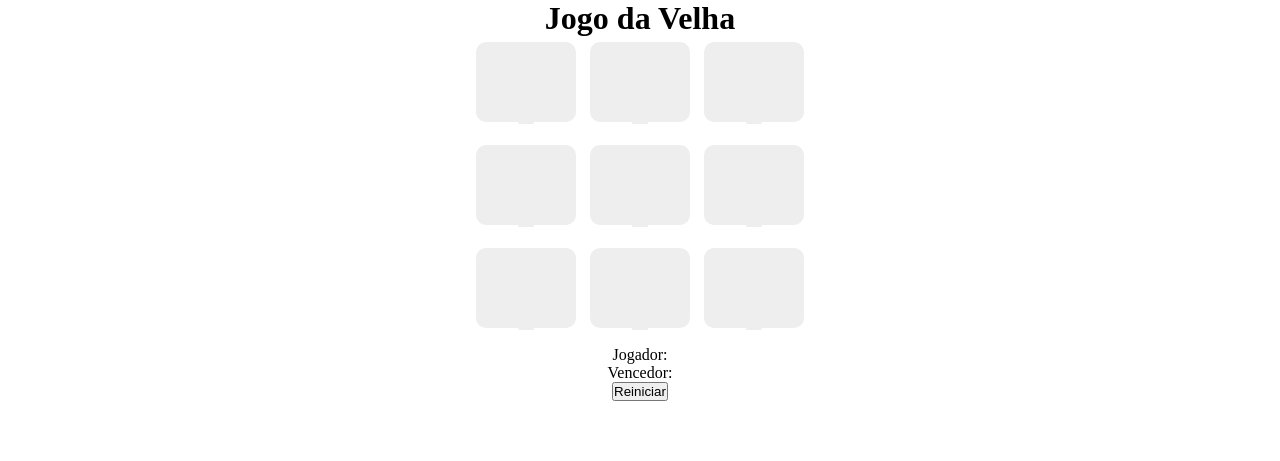
Repository: guilhermecardoso93/jogodavelha
Page: index.html
The author's editor kept a copy of each file at every save. The page is drawn from the files as they stood at one save, then again after the next save.
The browser window is 1280 px wide. The pictures show the whole page.

Above is the page before, as saved 2023-05-31 21:38:38.

### index.html
<!DOCTYPE html>
<html lang="pt-BR">
  <head>
    <meta charset="UTF-8">
    <meta http-equiv="X-UA-Compatible" content="IE=edge">
    <meta name="viewport" content="width=device-width, initial-scale=1.0">
    <link rel="stylesheet" href="styles.css">
    <title>Jogo da Velha</title>
  </head>
  <body>
    <main>
      <h1>Jogo da Velha</h1>
      <div>
        <div id="1" class="squad">-</div>
        <div id="2" class="squad">-</div>
        <div id="3" class="squad">-</div>
      </div>
      <div>
        <div id="4" class="squad">-</div>
        <div id="5" class="squad">-</div>
        <div id="6" class="squad">-</div>
      </div>
      <div>
        <div id="7" class="squad">-</div>
        <div id="8" class="squad">-</div>
        <div id="9" class="squad">-</div>
      </div>
      <div>
        <label>Jogador:</label>
        <label id="player"></label>
      </div>
      <div>
        <label>Vencedor:</label>
        <label id="winner"></label>
      </div>
      <div>
        <button type="button" id="reiniciarButton">Reiniciar</button>
      </div>
    </main>

  </body>
</html>

### styles.css
* {
  margin: 0;
  padding: 0;
  box-sizing: border-box;
}

body {
  text-align: center;
}

.squad {
  display: inline-block;
  padding: 40px;
  margin: 5px;
  width: 100px;
  height: 50px;

  text-align: center;
  color: #eee;
   font-size: 60px;
  background-color: #eee;
  cursor: pointer;
  border-radius: 10px;
}

After the next save:
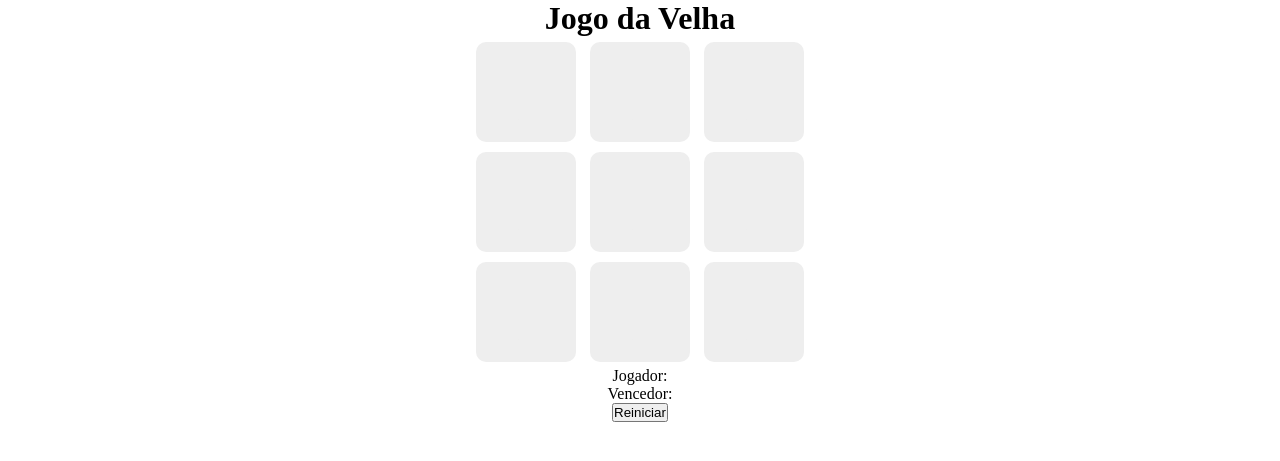
Saved 4 s later.
--- a/styles.css
+++ b/styles.css
@@ -13,7 +13,7 @@ body {
   padding: 40px;
   margin: 5px;
   width: 100px;
-  height: 50px;
+  height: 100px;
 
   text-align: center;
   color: #eee;
